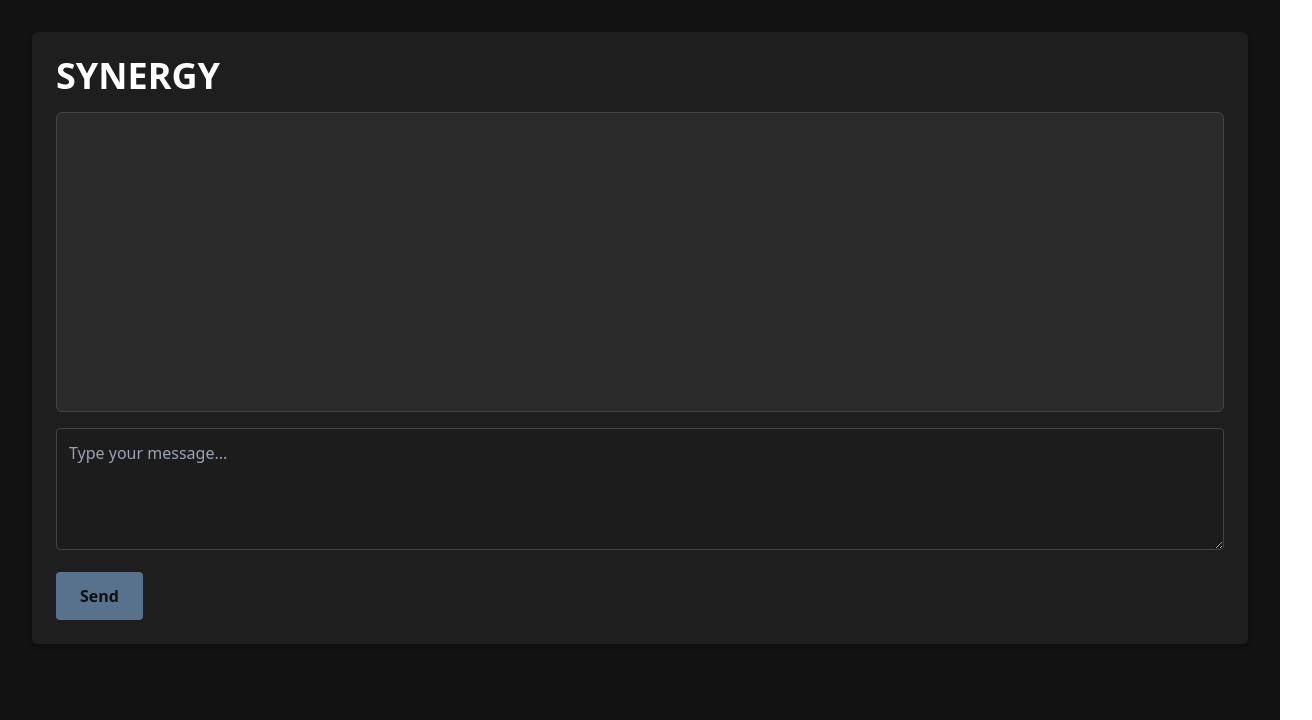
Repository: Theanh0410/Pre-thesis
Page: / (app in LLM/client/)
The author's editor kept a copy of each file at every save. The page is drawn from the files as they stood at one save, then again after the next save.
The browser window is 1280 px wide. The page is 1280 px wide, then 1312 px, then 1280 px, so the pictures cover 1312 px, including what lies to the right of the window. The pictures show the whole page.
The project was rebuilt for these pictures with package versions that can differ from the ones it lists, and the page was loaded fresh each time. The framework's server and built-in components were replaced by stand-ins that run in the browser. Also part of the build but not shown: LLM/client/next.config.js, LLM/client/next.config.mjs.

Above is the page before, as saved 2025-04-16 17:57:00.

After the next save:
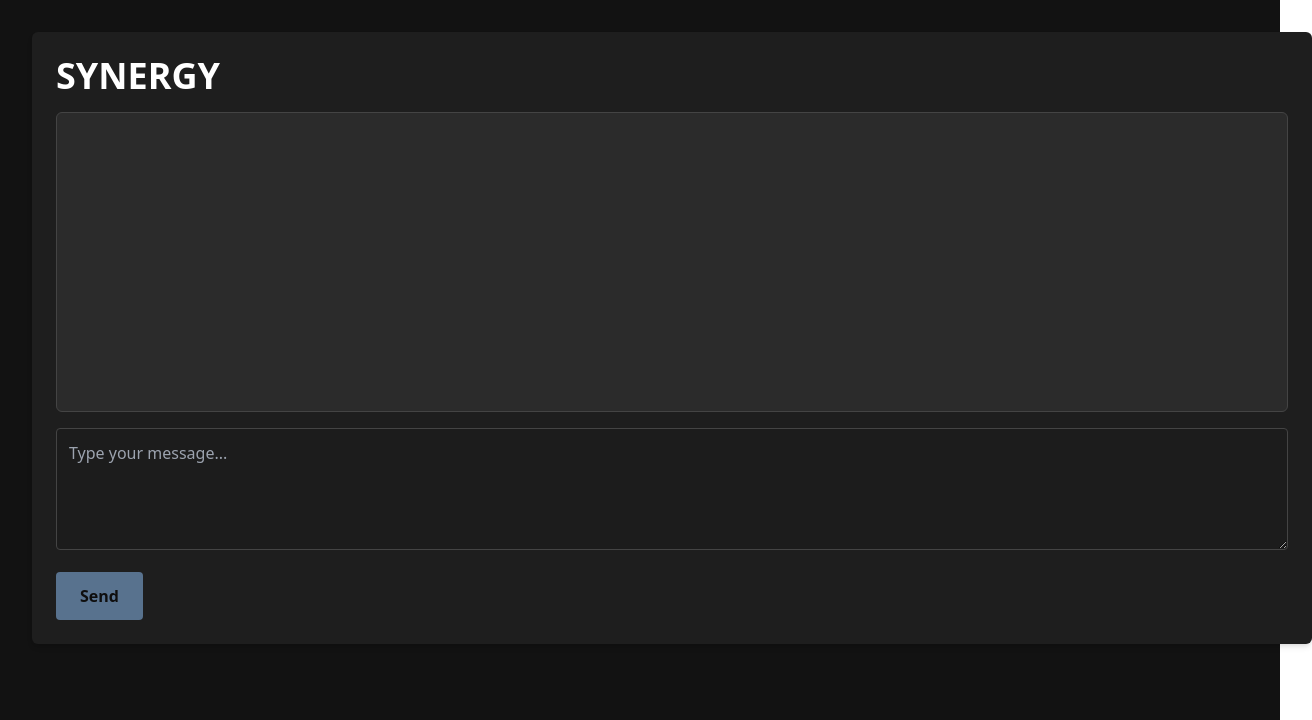
Saved 4 min 9 s later.
--- a/LLM/client/pages/index.js
+++ b/LLM/client/pages/index.js
@@ -52,7 +52,7 @@
 
   return (
     <main className="min-h-screen p-8 bg-[#121212] text-[#e0e0e0] font-sans">
-      <div className="max-w-[1300px] mx-auto bg-[#1e1e1e] p-6 rounded-md shadow-md">
+      <div className="w-screen max-w-[1300px] mx-auto bg-[#1e1e1e] p-6 rounded-md shadow-md">
         <h1 className="text-4xl text-white mb-4 font-semibold">SYNERGY</h1>
 
         <div className="h-[300px] overflow-y-auto bg-[#2b2b2b] border border-[#444] rounded-md p-4 mb-4">

After the 2 saves that followed:
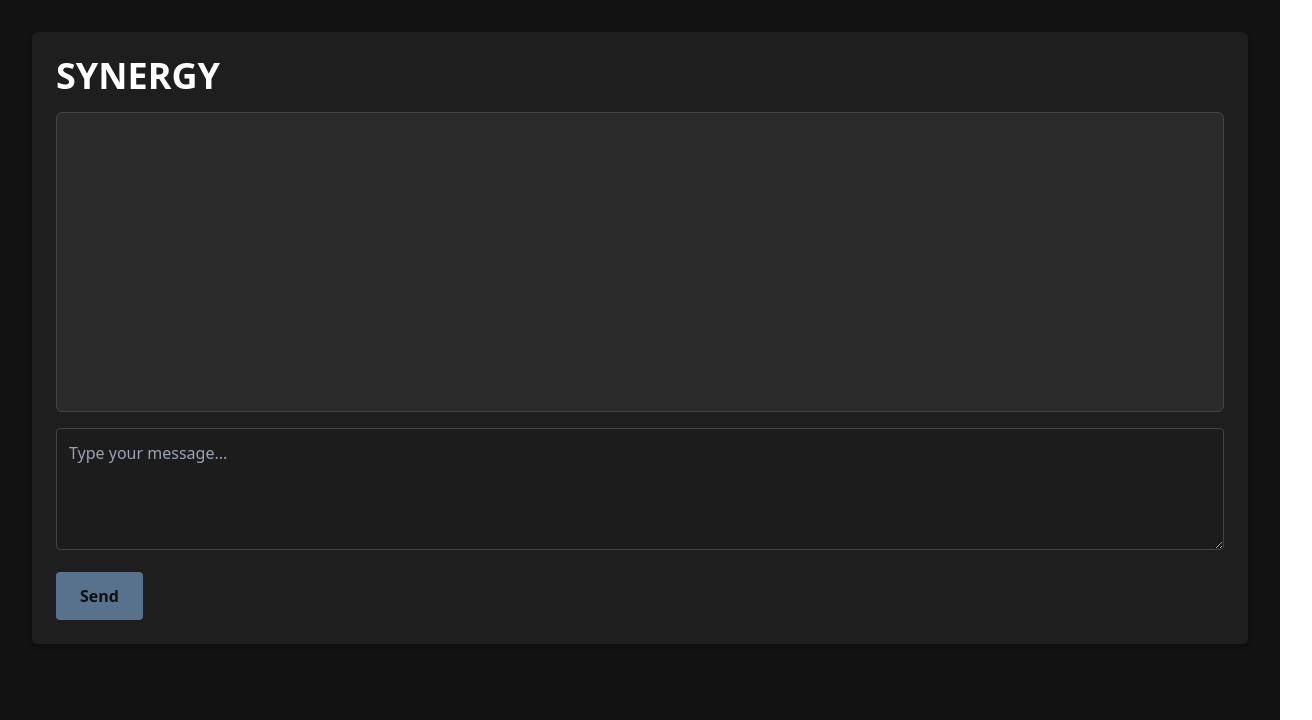
The 2 saves are shown as one change because 1 left the picture as it was.
The last was saved 2 min 42 s later.
--- a/LLM/client/pages/index.js
+++ b/LLM/client/pages/index.js
@@ -52,7 +52,7 @@
 
   return (
     <main className="min-h-screen p-8 bg-[#121212] text-[#e0e0e0] font-sans">
-      <div className="w-screen max-w-[1300px] mx-auto bg-[#1e1e1e] p-6 rounded-md shadow-md">
+      <div className="max-w-[1300px] mx-auto bg-[#1e1e1e] p-6 rounded-md shadow-md">
         <h1 className="text-4xl text-white mb-4 font-semibold">SYNERGY</h1>
 
         <div className="h-[300px] overflow-y-auto bg-[#2b2b2b] border border-[#444] rounded-md p-4 mb-4">
